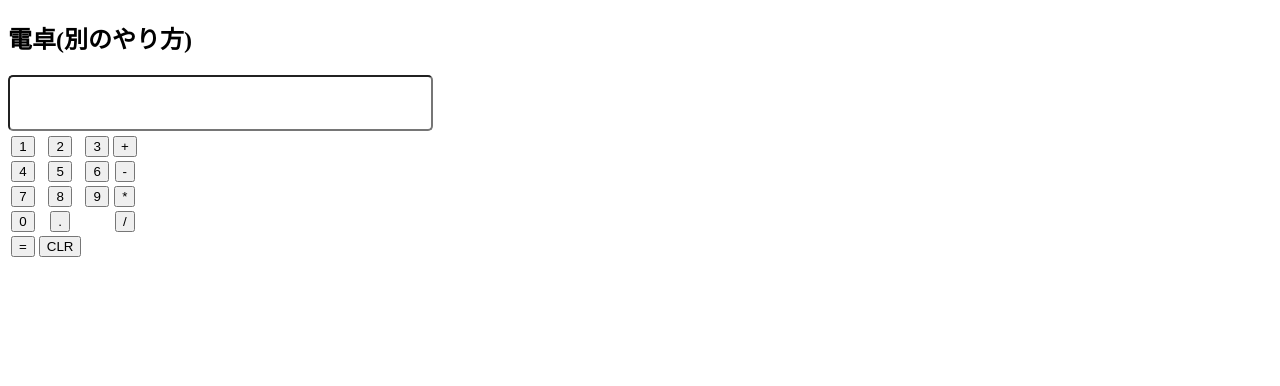
Repository: syokaturyou/potepan
Page: dentaku.html
The author's editor kept a record of every edit. The page is drawn from the files as they stood at one moment, then again after the next edit.
The browser window is 1280 px wide. The pictures show the whole page.

Above is the page before.

After the next edit:
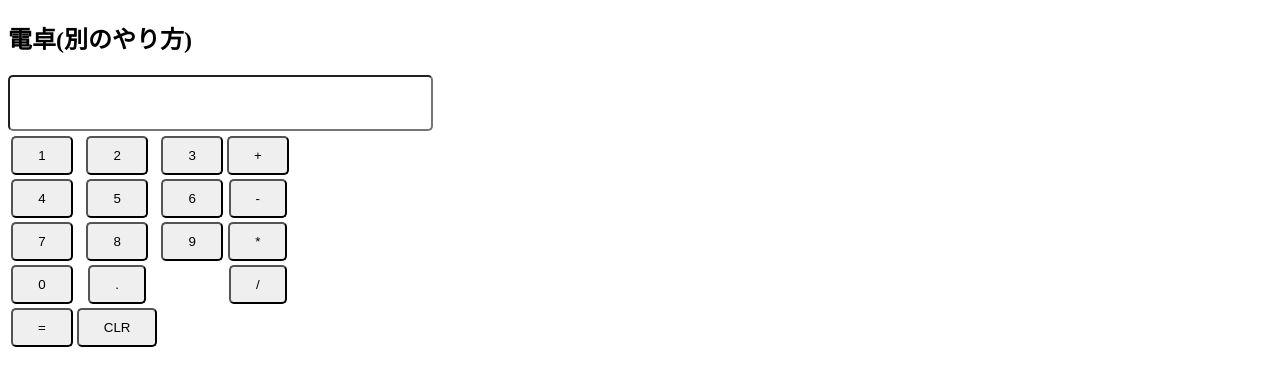
The edit:
--- a/css/main.css
+++ b/css/main.css
@@ -10,6 +10,10 @@
   padding: 10px 30px;
   border-radius: 5px;
 }
+ button{
+  padding: 10px 25px;
+  border-radius: 5px;
+ }
 
  .display {
   width: 250px;
